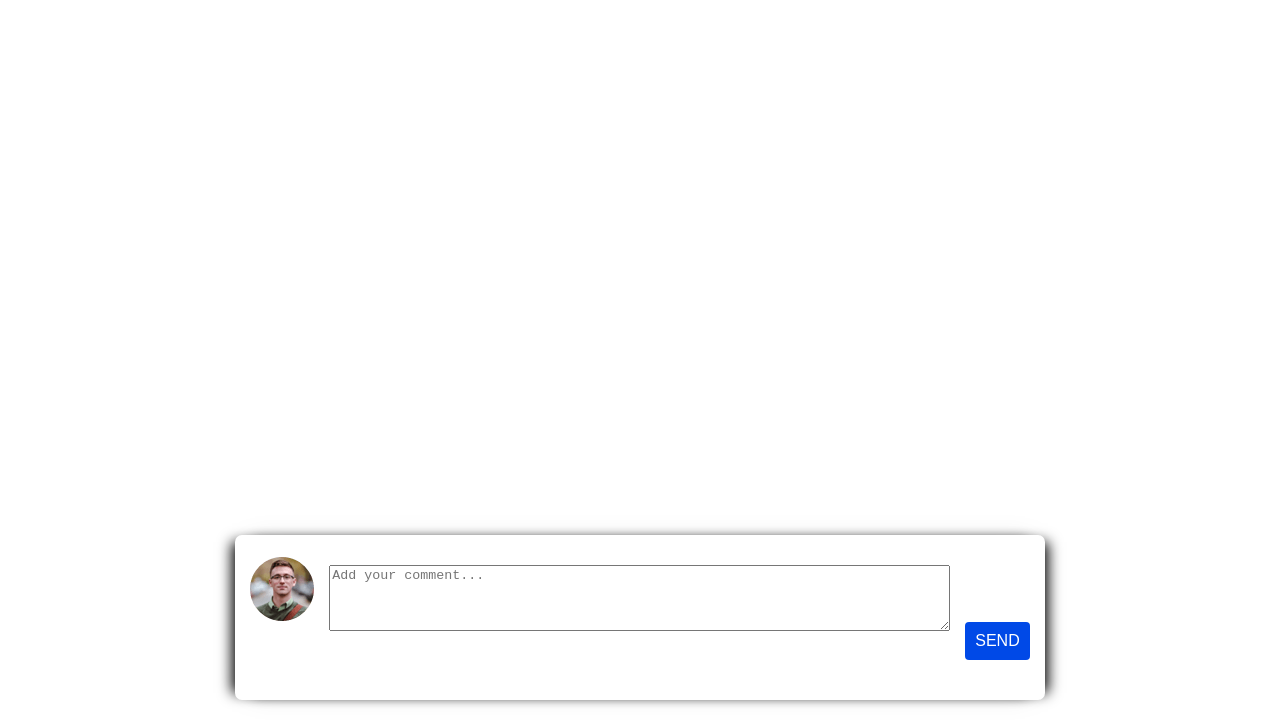
Repository: badhon252/interactive-comments-section
Page: /
These files come from the project's save history. The page is drawn as it stood at one moment and after the next save; the edit follows.
The browser window is 1280 px wide. The pictures show the whole page.
The project was rebuilt for these pictures with package versions that can differ from the ones it lists, and the page was loaded fresh each time.

Above is the page before, as saved 2022-01-28 15:08:49.

After the next save:
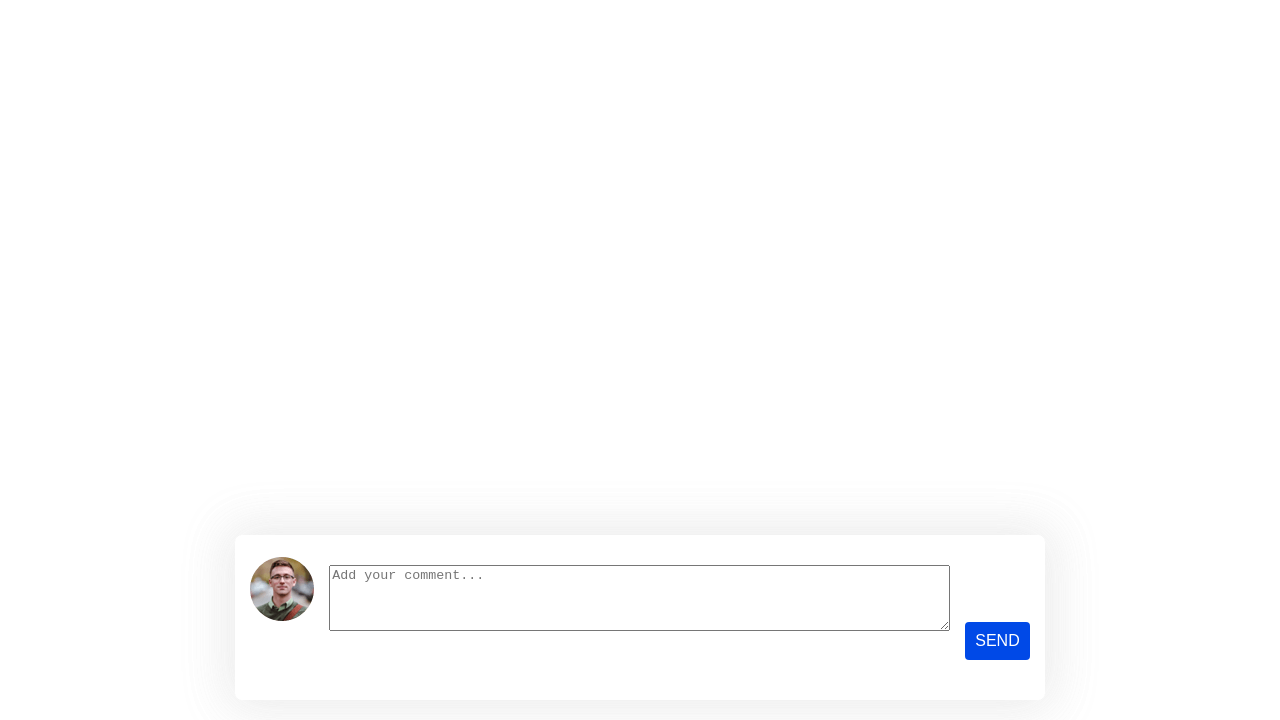
Saved 4 min 43 s later.
--- a/src/App.css
+++ b/src/App.css
@@ -38,11 +38,8 @@ textarea {
 }
 
 .shadow {
-  -webkit-box-shadow: -10px 0px 13px -7px #000000, 10px 0px 13px -7px #000000,
-    0px 0px 31px -15px rgba(0, 0, 0, 0.25);
-  box-shadow: -10px 0px 13px -7px #000000, 10px 0px 13px -7px #000000,
-    0px 0px 31px -15px rgba(0, 0, 0, 0.25);
-}
+  -webkit-box-shadow: 0px 0px 48px 9px rgba(190,190,190,0.15), 0px 0px 48px 9px rgba(190,190,190,0.15);
+box-shadow: 0px 0px 48px 9px rgba(190,190,190,0.15), 0px 0px 48px 9px rgba(190,190,190,0.15);
 
 /* single comment section ==== */
 
